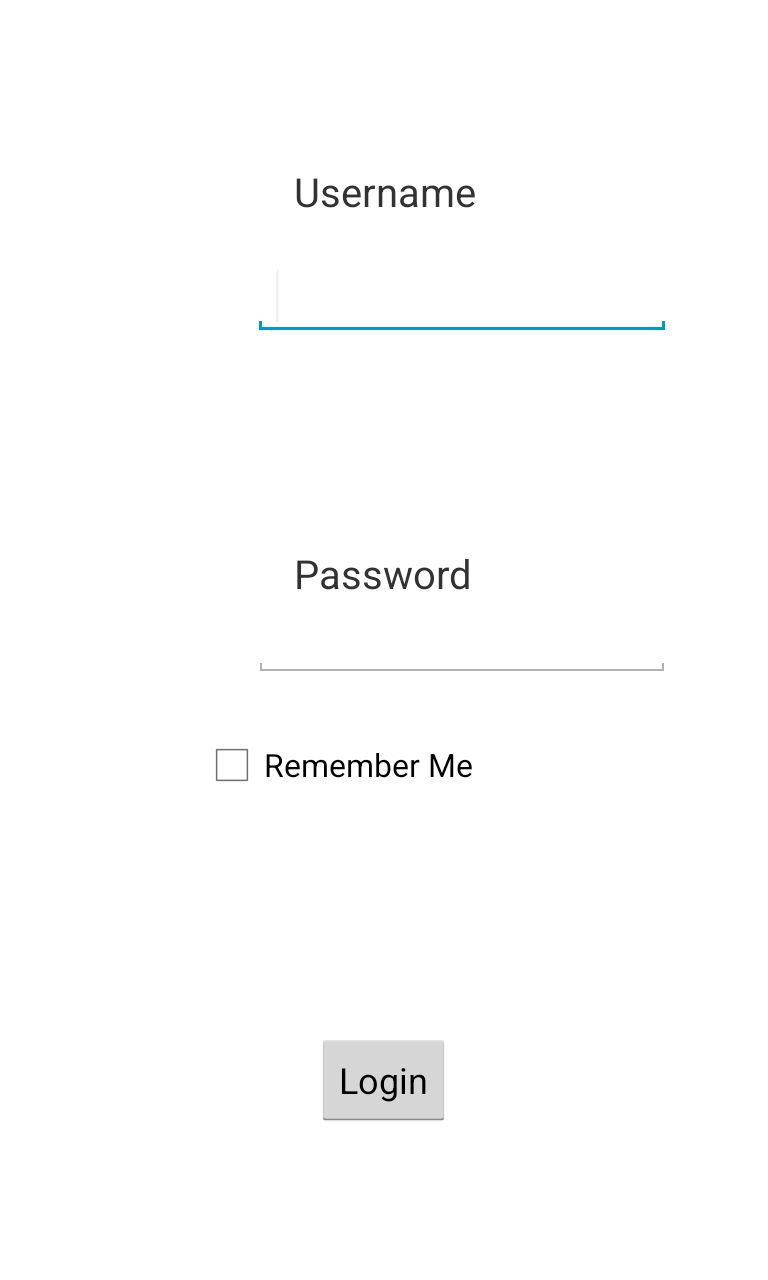
Repository: emeryduh/AndroidProject
Layout: client/TeamJonesProject/res/layout/activity_login.xml
The author's editor kept a copy of each file at every save. The layout is drawn from the files as they stood at one save, then again after the next save.
It is drawn on a 768 x 1280 px phone screen (xhdpi) without system bars, with theme AppTheme; the app's code is not run.

Above is the layout before, as saved 2014-10-01 00:58:26.

After the next save:
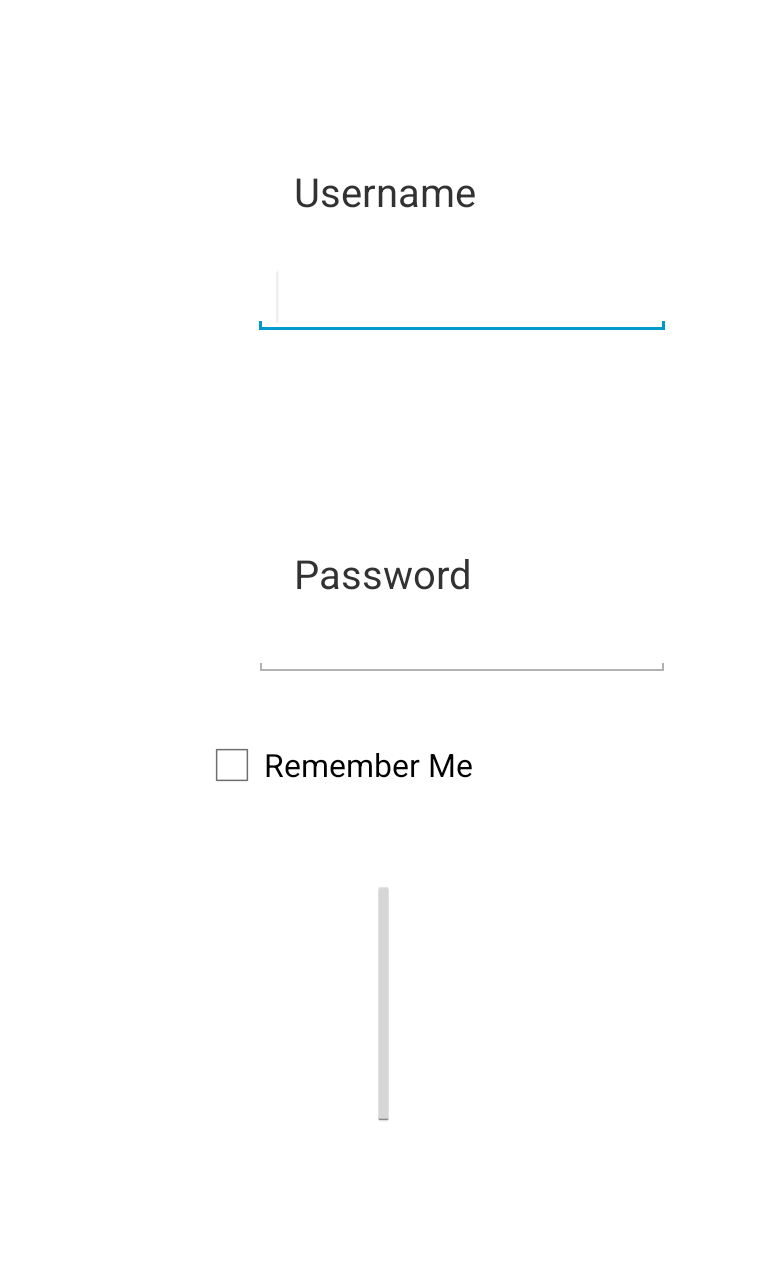
Saved 14 min 2 s later.
--- a/client/TeamJonesProject/res/layout/activity_login.xml
+++ b/client/TeamJonesProject/res/layout/activity_login.xml
@@ -10,7 +10,7 @@
 
     <Button
         android:id="@+id/loginButton"
-        android:layout_width="wrap_content"
+        android:layout_width="15px"
         android:layout_height="wrap_content"
         android:layout_alignParentBottom="true"
         android:layout_centerHorizontal="true"
